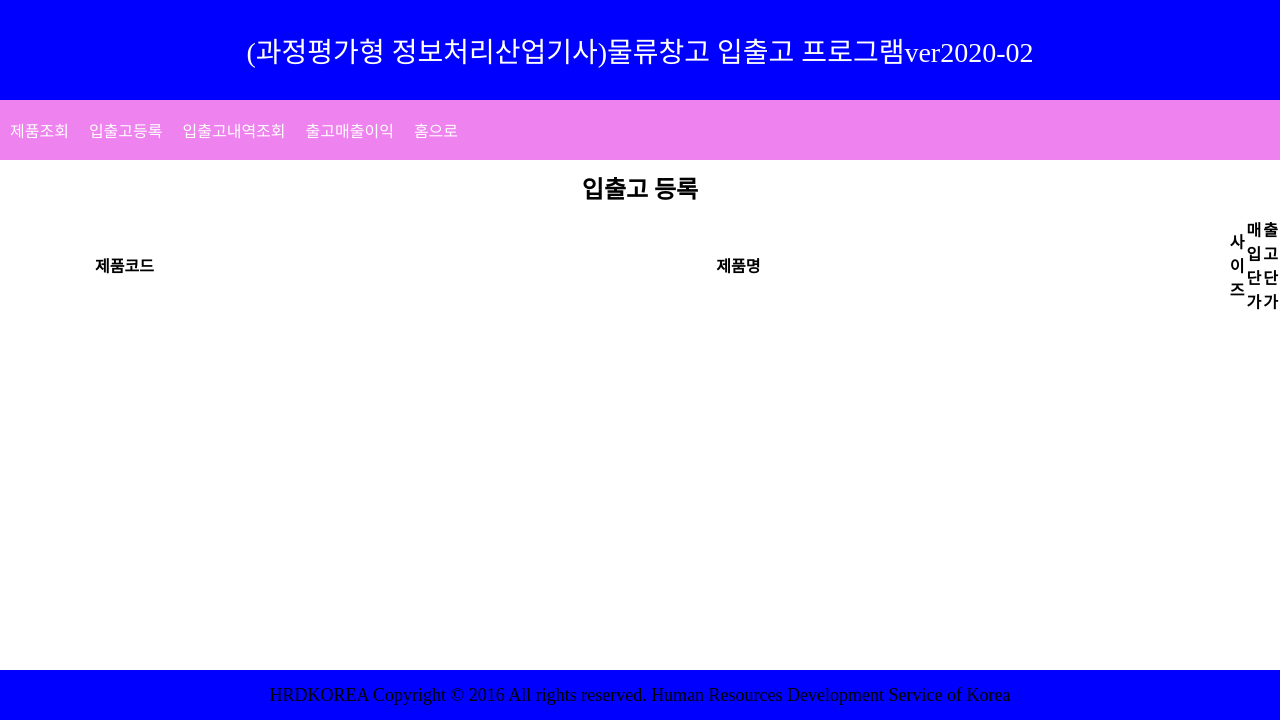
Repository: anakyn01/2_two
Page: http://localhost/cbq_1/two.jsp
The author's editor kept a copy of each file at every save. The page is drawn from the files as they stood at one save, then again after the next save.
The browser window is 1280 px wide. The pictures show the whole page.
The page is served by Tomcat 9. Other server files are loaded and not shown.

Above is the page before, as saved 2024-12-11 06:12:29.

### exam/cbq_1/src/main/webapp/two.jsp
<%@ page language="java" contentType="text/html; charset=UTF-8"
    pageEncoding="UTF-8"%>
<jsp:include page="include/header.jsp" flush="false" />

<h1>입출고 등록</h1>

<table>
<colgroup>
<col style="width:20%"/>
<col style="width:80%"/>
</colgroup>
<thead>
<tr>
<th>제품코드</th><th>제품명</th><th>사이즈</th><th>매입단가</th><th>출고단가</th>
</tr>
</thead>

</table>

<jsp:include page="include/footer.jsp" flush="false" />

### exam/cbq_1/src/main/webapp/include/header.jsp
<%@ page language="java" contentType="text/html; charset=UTF-8"
    pageEncoding="UTF-8"%>
<!DOCTYPE html>
<html>
<head>
<meta charset="UTF-8">
<title>물류창고 입출고 프로그램</title>
<link rel="stylesheet" href="css/style.css"/>
</head>
<body>
<header>
(과정평가형 정보처리산업기사)물류창고 입출고 프로그램ver2020-02
</header>
<nav>
<ul class="nav">
<li><a href="one.jsp">제품조회</a></li>
<li><a href="two.jsp">입출고등록</a></li>
<li><a href="three.jsp">입출고내역조회</a></li>
<li><a href="four.jsp">출고매출이익</a></li>
<li><a href="/">홈으로</a></li>
</ul>
</nav>

### exam/cbq_1/src/main/webapp/include/footer.jsp
<%@ page language="java" contentType="text/html; charset=UTF-8"
    pageEncoding="UTF-8"%>
<footer>
HRDKOREA Copyright &copy; 2016 All rights reserved. Human Resources Development Service of Korea
</footer>
</body>
</html>

### exam/cbq_1/src/main/webapp/css/style.css
@charset "UTF-8";

html, html * {
margin:0; padding:0; box-sizing:border-box;
}
header{
width:100%; background-color:blue;
height:100px; color:white; font-size:28px;
display:flex; justify-content:center; align-items:center;
}
nav{
width:100%;	background-color:violet; height:60px; font-size:16px; height:60px;
}
.nav{
width:100%;	height:60px; display:flex; justify-content:flex-start; align-items:center;
}
ul,ol,li{list-style:none; }
.nav li a {
height:60px; display:flex; align-items:center; padding:0px 10px; color:white
}
a {text-decoration:none; }

h1{text-align:center; font-size:24px; margin:10px 0px;}

table, tr, td, th {
border-collapse:separate;
margin:0 auto;
}

footer{
width:100%; background-color:blue;
height:50px; font-size:18px;
display:flex; justify-content:center; align-items:center;
position:fixed; z-index:2; right:0; bottom:0;
}

After the next save:
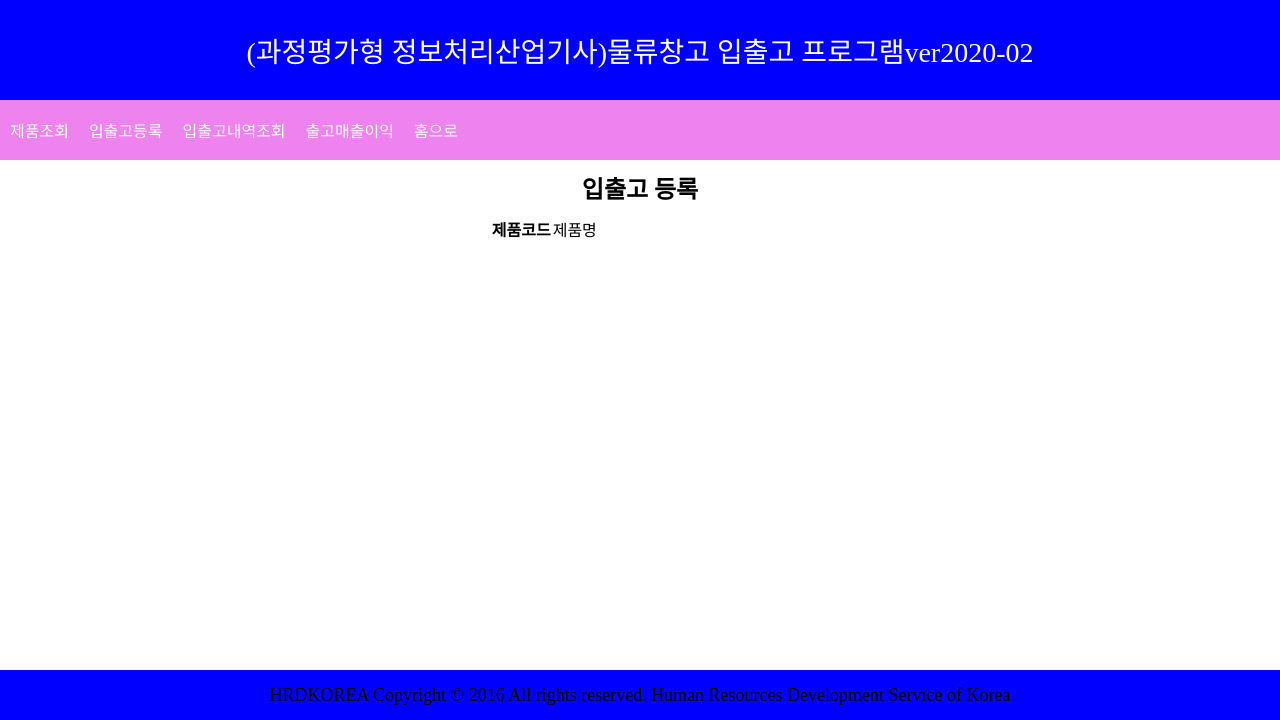
Saved 21 s later.
--- a/exam/cbq_1/src/main/webapp/two.jsp
+++ b/exam/cbq_1/src/main/webapp/two.jsp
@@ -11,7 +11,7 @@
 </colgroup>
 <thead>
 <tr>
-<th>제품코드</th><th>제품명</th><th>사이즈</th><th>매입단가</th><th>출고단가</th>
+<th>제품코드</th><td>제품명</td>
 </tr>
 </thead>
 
